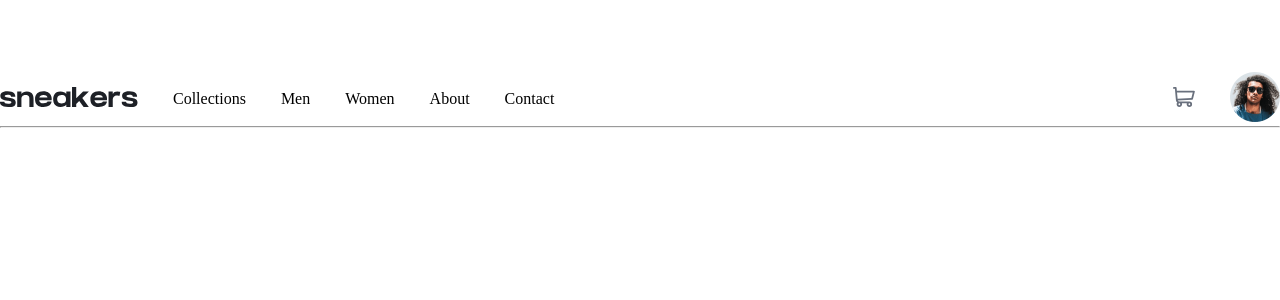
Repository: DevLaukey/ecommerce-design
Page: index.html
An editor plug-in stored every save of this project. The page is shown before and after the next save, followed by the edit.
The browser window is 1280 px wide. The pictures show the whole page.

Above is the page before, as saved 2022-05-15 16:54:49.

### index.html
<!DOCTYPE html>
<html lang="en">
  <head>
    <meta charset="UTF-8" />
    <meta http-equiv="X-UA-Compatible" content="IE=edge" />
    <meta name="viewport" content="width=device-width, initial-scale=1.0" />
    <title>Document</title>
    <link rel="stylesheet" href="./css/style.css" type="text/css" />
  </head>
  <body>
    <div class="nav">
      <div class="logo">
        <svg width="138" height="20" xmlns="http://www.w3.org/2000/svg">
          <path
            d="M8.217 20c4.761 0 7.519-.753 7.519-4.606 0-3.4-3.38-4.172-6.66-4.682l-.56-.085-.279-.041-.35-.053c-2.7-.405-3.18-.788-3.18-1.471 0-.478.49-1.331 2.843-1.331 2.455 0 3.493.647 3.493 1.87v.134h4.281v-.133c0-2.389-1.35-5.238-7.774-5.238-5.952 0-7.201 2.584-7.201 4.752 0 3.097 2.763 4.086 7.223 4.675.21.028.433.054.659.081 1.669.197 3.172.42 3.172 1.585 0 1.01-1.615 1.222-3.298 1.222-2.797 0-3.784-.593-3.784-1.92v-.134H.002L0 14.926v.317c.008.79.118 1.913 1.057 2.862C2.303 19.362 4.712 20 8.217 20Zm13.21 0v-7.49c0-2.104.547-4.423 4.176-4.423 3.915 0 3.778 2.777 3.768 4.042V20h4.18v-7.768c0-2.264-.176-7.766-6.732-7.766-2.778 0-4.192.911-5.195 2.28h-.197V4.467H17.22V20h4.207Zm21.959 0c5.094 0 7.787-2.07 8.217-5.405H47.53c-.386 1.02-1.63 1.72-4.143 1.72-2.721 0-3.962-1.03-4.25-3.106h12.527c.24-2.13-.029-5.417-3.026-7.44v.005c-1.312-.915-3.056-1.465-5.251-1.465-5.24 0-8.336 2.772-8.336 7.845 0 5.17 3.02 7.846 8.336 7.846Zm4.099-9.574h-8.188c.486-1.574 1.764-2.431 4.089-2.431 2.994 0 3.755 1.267 4.099 2.431ZM70.499 20V4.457H66.29V6.74h-.176c-1.053-1.377-2.809-2.283-5.677-2.283-6.433 0-7.225 5.293-7.253 7.635v.137c0 2.092.732 7.771 7.241 7.771 2.914 0 4.684-.818 5.734-2.169h.131V20H70.5Zm-8.854-3.623c-3.996 0-4.447-3.032-4.447-4.148 0-1.21.426-4.148 4.455-4.148 3.631 0 4.374 2.044 4.374 4.148 0 2.35-.742 4.148-4.382 4.148ZM88.826 20l-6.529-9.045 6.588-6.488h-5.827l-6.836 6.756V0h-4.187v19.954h4.187V16.94l3.02-2.976L83.6 20h5.226Zm9.9 0c5.094 0 7.786-2.07 8.217-5.405h-4.074c-.387 1.02-1.63 1.72-4.143 1.72-2.721 0-3.962-1.03-4.25-3.106h12.527c.24-2.13-.029-5.417-3.026-7.44v.005c-1.312-.915-3.057-1.465-5.251-1.465-5.24 0-8.336 2.772-8.336 7.845 0 5.17 3.02 7.846 8.336 7.846Zm4.098-9.574h-8.187c.485-1.574 1.763-2.431 4.089-2.431 2.994 0 3.755 1.267 4.098 2.431ZM112.76 20v-6.97c0-2.103.931-4.542 4.05-4.542 1.33 0 2.393.236 2.785.346l.67-3.976c-.728-.16-1.626-.392-2.757-.392-2.665 0-3.622.794-4.486 2.282h-.262V4.466h-4.21V20h4.21Zm17.221 0c4.761 0 7.519-.753 7.519-4.606 0-3.4-3.38-4.172-6.66-4.682l-.56-.085-.279-.041-.349-.053c-2.701-.405-3.181-.788-3.181-1.471 0-.478.49-1.331 2.843-1.331 2.455 0 3.493.647 3.493 1.87v.134h4.282v-.133c0-2.389-1.35-5.238-7.775-5.238-5.952 0-7.201 2.584-7.201 4.752 0 3.097 2.763 4.086 7.224 4.675.21.028.432.054.658.081 1.669.197 3.172.42 3.172 1.585 0 1.01-1.615 1.222-3.298 1.222-2.796 0-3.784-.593-3.784-1.92v-.134h-4.319l-.001.301v.317c.008.79.117 1.913 1.056 2.862 1.246 1.257 3.655 1.895 7.16 1.895Z"
            fill="#1D2026"
            fill-rule="nonzero"
          />
        </svg>
      </div>
      <nav>
        <div class="nav-menu">
          <p class="options">Collections</p>
          <p class="options">Men</p>
          <p class="options">Women</p>
          <p class="options">About</p>
          <p class="options">Contact</p>
        </div>
        <div class="nav-icons">
          <div class="icon">
            <svg width="22" height="20" xmlns="http://www.w3.org/2000/svg">
              <path
                d="M20.925 3.641H3.863L3.61.816A.896.896 0 0 0 2.717 0H.897a.896.896 0 1 0 0 1.792h1l1.031 11.483c.073.828.52 1.726 1.291 2.336C2.83 17.385 4.099 20 6.359 20c1.875 0 3.197-1.87 2.554-3.642h4.905c-.642 1.77.677 3.642 2.555 3.642a2.72 2.72 0 0 0 2.717-2.717 2.72 2.72 0 0 0-2.717-2.717H6.365c-.681 0-1.274-.41-1.53-1.009l14.321-.842a.896.896 0 0 0 .817-.677l1.821-7.283a.897.897 0 0 0-.87-1.114ZM6.358 18.208a.926.926 0 0 1 0-1.85.926.926 0 0 1 0 1.85Zm10.015 0a.926.926 0 0 1 0-1.85.926.926 0 0 1 0 1.85Zm2.021-7.243-13.8.81-.57-6.341h15.753l-1.383 5.53Z"
                fill="#69707D"
                fill-rule="nonzero"
              />
            </svg>
          </div>
          <div class="avatar">
            <img height="50px" src="./assets/image-avatar.png" alt="" />
          </div>
        </div>
      </nav>
    </div>
    <hr />
  </body>
</html>

### css/style.css
* {
  margin: 0;
  padding: 0;
  box-sizing: border-box;
}
.nav {
  display: flex;
  padding-top: 10vh;
  align-items: center;
}
nav {
  width: 100%;
  display: flex;
  align-items: center;
  justify-content: space-between;
}
.nav-menu {
  display: flex;
  margin-left: 35px;
  flex-direction: row;
}
.options {
  margin-right: 35px;
}
.nav-icons {
  display: flex;
  align-items: center;
}
.avatar {
  margin-left: 35px;
}

After the next save:
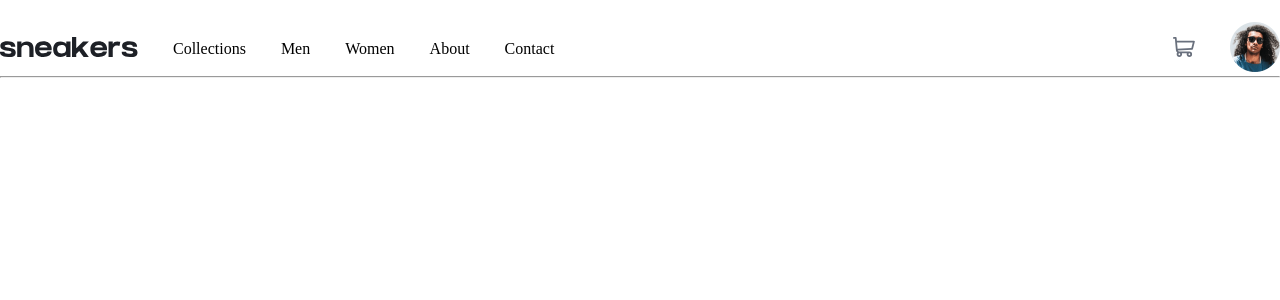
Saved 4 s later.
--- a/css/style.css
+++ b/css/style.css
@@ -5,7 +5,7 @@
 }
 .nav {
   display: flex;
-  padding-top: 10vh;
+  padding-top: 3vh;
   align-items: center;
 }
 nav {
